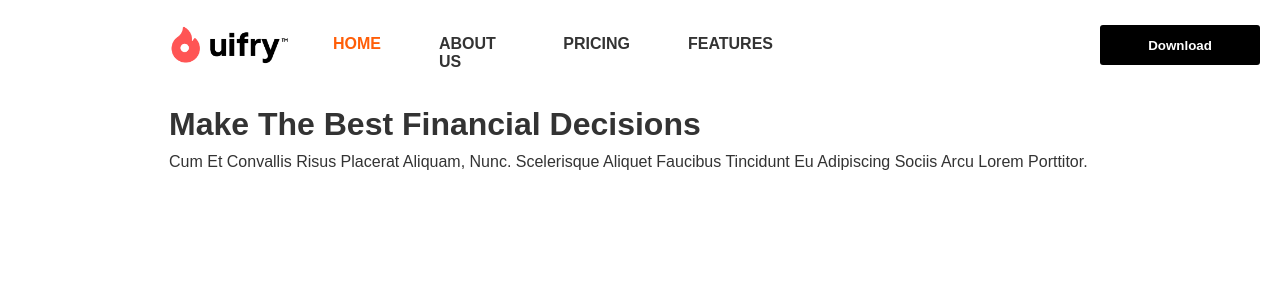
Repository: sakshambansal7/Uifry
Page: index.html
An editor plug-in stored every save of this project. The page is shown before and after a run of saves, followed by the edit.
The browser window is 1280 px wide. The pictures show the whole page.

Above is the page before, as saved 2024-06-12 14:09:49.

After the next 2 saves:
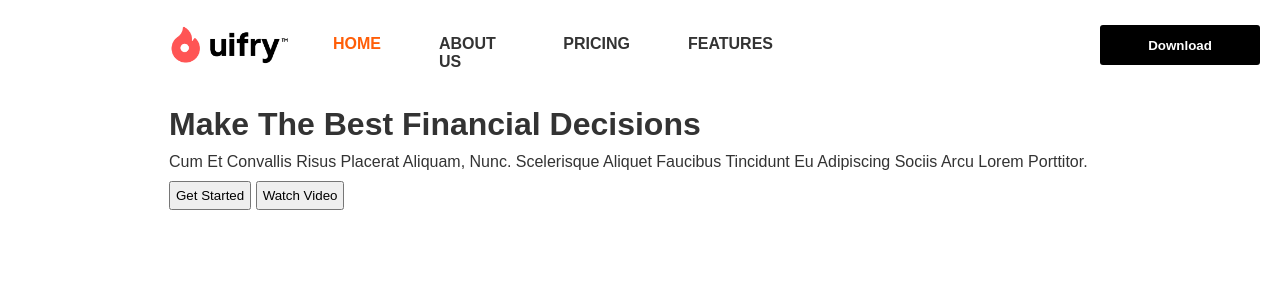
The 2 saves are shown as one change because they came seconds apart.
The last was saved 65 s later.
--- a/index.html
+++ b/index.html
@@ -25,7 +25,10 @@
         <div class="left">
           <h1>Make The Best Financial Decisions</h1>
           <p>Cum Et Convallis Risus Placerat Aliquam, Nunc. Scelerisque Aliquet Faucibus Tincidunt Eu Adipiscing Sociis Arcu Lorem Porttitor.</p>
-
+          <div class="cta-buttons">
+            <button class="get-started-btn">Get Started</button>
+            <button class="watch-video-btn">Watch Video</button>
+        </div>
         </div>
         <div class="right"></div>
     </div>
